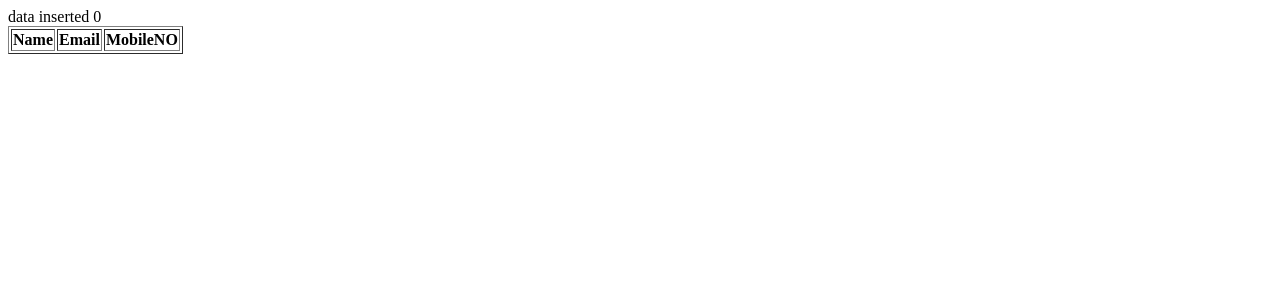
Repository: nishasirt/SimplilearnRepo1
Page: http://localhost/JSPSession/sucess.jsp
The author's editor kept a copy of each file at every save. The page is drawn from the files as they stood at one save, then again after the next save.
The browser window is 1280 px wide. The pictures show the whole page.
The page is served by Tomcat 9. Other server files are loaded and not shown. Queries for data that is not in the repository find no rows.

Above is the page before, as saved 2022-11-19 06:50:08.

### JSPSession/WebContent/sucess.jsp
<%@ page language="java" contentType="text/html; charset=ISO-8859-1"
    pageEncoding="ISO-8859-1"%>
<!DOCTYPE html PUBLIC "-//W3C//DTD HTML 4.01 Transitional//EN" "http://www.w3.org/TR/html4/loose.dtd">
<html>
<head>
<meta http-equiv="Content-Type" content="text/html; charset=ISO-8859-1">
<title>Insert title here</title>
</head>
<body>

<%out.print("data inserted"); %>

<jsp:include page="RetriveController.jsp" />

<%--<% out.print("name is "+request.getParameter("n"));
response.sendRedirect("https://www.w3schools.com/html/html_forms.asp");
--%>


</body>
</html>

### JSPSession/WebContent/RetriveController.jsp
<%@page import="java.util.ArrayList"%>
<%@ page language="java" contentType="text/html; charset=ISO-8859-1"
    pageEncoding="ISO-8859-1"%>
       <%@page import="com.learn.bean.*" %>
     <%@page import="com.learn.dao.*" %>

<!DOCTYPE html PUBLIC "-//W3C//DTD HTML 4.01 Transitional//EN" "http://www.w3.org/TR/html4/loose.dtd">
<html>
<head>
<meta http-equiv="Content-Type" content="text/html; charset=ISO-8859-1">
<title>Insert title here</title>
</head>
<body>
<%

UserDao dao=new UserDao();


try {
	ArrayList<User>  arr=dao.getAllUser();
      out.print(arr.size());
	%>

	<table border="1">
    <tr><th>Name</th><th>Email</th><th>MobileNO</th></tr>

	<% for(User u:arr)
	{%>
		<tr><td><%=u.getName()%></td><td><%=u.getEmail()%></td>
		<td> <%= u.getMobileNo() %></td>
	<td><a href="update.jsp?id=<%=u.getId()%>">Edit with  id</a></td>
	<td><a href="delete.jsp?id=<%=u.getId()%>">Delete </a></td></tr>



	<% }%>


	</table>
    </form>
<%  }catch (Exception  e) {
	// TODO Auto-generated catch block
	e.printStackTrace();
}
%>



</body>
</html>

### JSPSession/src/com/learn/dao/UserDao.java
package com.learn.dao;

import java.sql.Connection;
import java.sql.PreparedStatement;
import java.sql.ResultSet;
import java.sql.SQLException;
import java.util.ArrayList;

import com.learn.bean.User;
import com.learn.dbutil.DBUtil;

public class UserDao {

	public int insert(User s) throws ClassNotFoundException, SQLException {

		Connection con = DBUtil.dbConn();

		if (con != null) {

			System.out.println("Connection with Db Done");

			String sql = "insert into user values(?,?,?,?,default)";
			PreparedStatement ps = con.prepareStatement(sql);
			ps.setString(1, s.getName());
			ps.setString(2, s.getEmail());
			ps.setString(3, s.getPass());
			ps.setLong(4, s.getMobileNo());

			int r = ps.executeUpdate();
			con.close();
			return r;

		}

		else {

			System.out.println("Connection with Db not Done");
			return 0;
		}

	}

	public ArrayList<User> getAllUser() throws SQLException, ClassNotFoundException {
		Connection con = DBUtil.dbConn();
		if (con != null) {
			System.out.println("connection with dB is established ");
		} else {
			System.out.println("connection failed ");
		}

		// Statement st=con.createStatement();
		String sql = "select * from user  order by name asc";

		PreparedStatement ps = con.prepareStatement(sql);
		// address of the table if it exists
		ResultSet rs = ps.executeQuery();
		ArrayList<User> list = new ArrayList<>();
		while (rs.next()) {
			User s = new User();

			s.setId(rs.getInt(5));

			s.setName(rs.getString(1));

			s.setEmail(rs.getString(2));

			s.setPass(rs.getString(3));
			s.setMobileNo(rs.getLong(4));

			list.add(s);
		}
		con.close();
		return list;
	}

	public User getUser(int id) throws SQLException, ClassNotFoundException {
		Connection con = DBUtil.dbConn();

		if (con != null) {
			System.out.println("connection with dB is established ");
		} else {
			System.out.println("connection failed ");
		}

		// Statement st=con.createStatement();
		String sql = "select * from user  where id =" + id;

		PreparedStatement ps = con.prepareStatement(sql);
		// address of the table if it exists
		ResultSet rs = ps.executeQuery();
		User u = new User();
		rs.next();

		u.setName(rs.getString(1));

		u.setEmail(rs.getString(2));

		u.setPass(rs.getString(3));
		u.setMobileNo(rs.getLong(4));
        u.setId(id);
		con.close();
		return u;
	}

	public int updateDataPre(User s) throws ClassNotFoundException, SQLException {

		Connection con = DBUtil.dbConn();
		if (con != null) {

			System.out.println("Connection with db done");

		} else {

			System.out.println("connection fail");
		}
		String sql = "UPDATE user " + "SET email=?,name = ?,mobileNo=? WHERE id=  ?";
		PreparedStatement ps = con.prepareStatement(sql);
		System.out.println("id " + s.getName());
		System.out.println("email  " + s.getEmail());

		ps.setString(1, s.getEmail());
		ps.setString(2, s.getName());
		ps.setLong(3, s.getMobileNo());
		ps.setInt(4, s.getId());

		int rows = ps.executeUpdate();
		return rows;

	}


	public int deleteUser(int id) throws ClassNotFoundException, SQLException
	{



		Connection con = DBUtil.dbConn();
		if (con != null) {

			System.out.println("Connection with db done");

		} else {

			System.out.println("connection fail");
		}
		String sql = "delete from user where id=?";
		PreparedStatement ps = con.prepareStatement(sql);

		System.out.println("id  " + id);
		ps.setInt(1, id);

		int rows = ps.executeUpdate();

		return rows;

	}
}

### JSPSession/src/com/learn/dbutil/DBUtil.java
package com.learn.dbutil;

import java.sql.Connection;
import java.sql.DriverManager;
import java.sql.SQLException;

public class DBUtil {
	public static final String DRIVER_CLASS="com.mysql.jdbc.Driver";
	public static final String DB_URL="jdbc:mysql://localhost:3306/db9";
	public static final String User="root";
	public static final String Password="root";
   public static Connection dbConn() throws SQLException, ClassNotFoundException
   {

	   Class.forName(DRIVER_CLASS);
	   Connection con=DriverManager.getConnection(DB_URL, User, Password);
	    return con;


   }
}

After the next save:
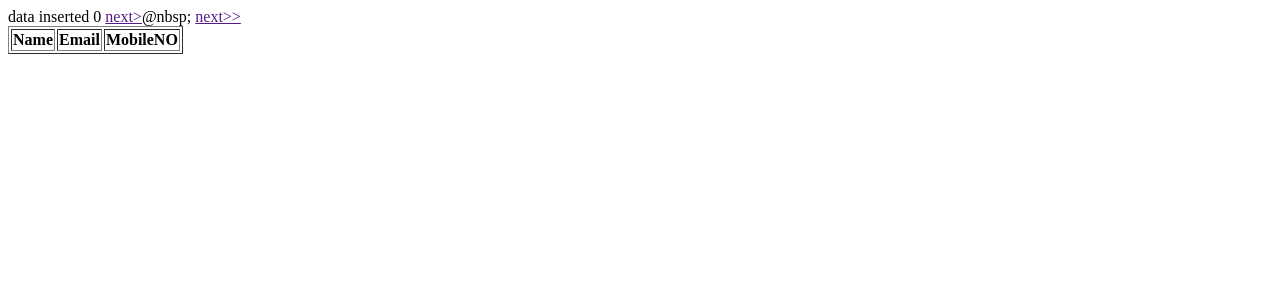
Saved 10 min 43 s later.
--- a/JSPSession/WebContent/RetriveController.jsp
+++ b/JSPSession/WebContent/RetriveController.jsp
@@ -20,7 +20,8 @@ try {
 	ArrayList<User>  arr=dao.getAllUser();
       out.print(arr.size());
 	%>
-
+	<a href="">next></a>@nbsp;
+	<a href="">next>></a>
 	<table border="1">
     <tr><th>Name</th><th>Email</th><th>MobileNO</th></tr>
 
